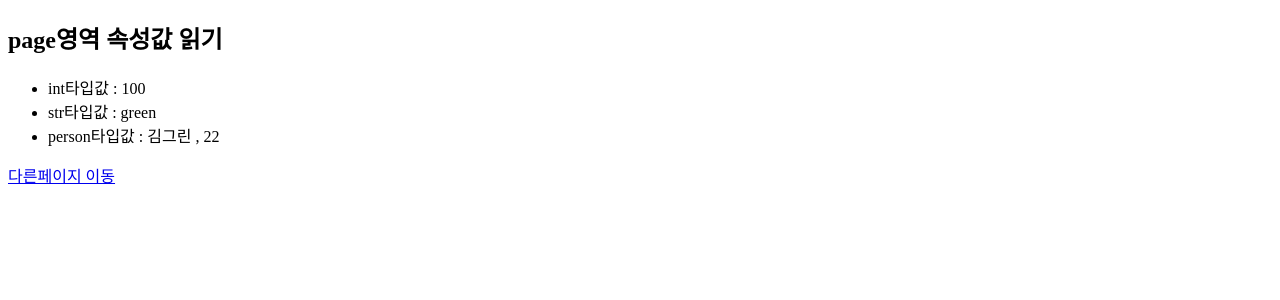
Repository: design-view/jspstudy
Page: http://localhost/GreenJsp/03Scope/pageScope.jsp
These files come from the project's save history. The page is drawn as it stood at one moment and after the next save; the edit follows.
The browser window is 1280 px wide. The pictures show the whole page.
The page is served by Tomcat 9.

Above is the page before, as saved 2024-01-10 07:40:47.

After the next save:
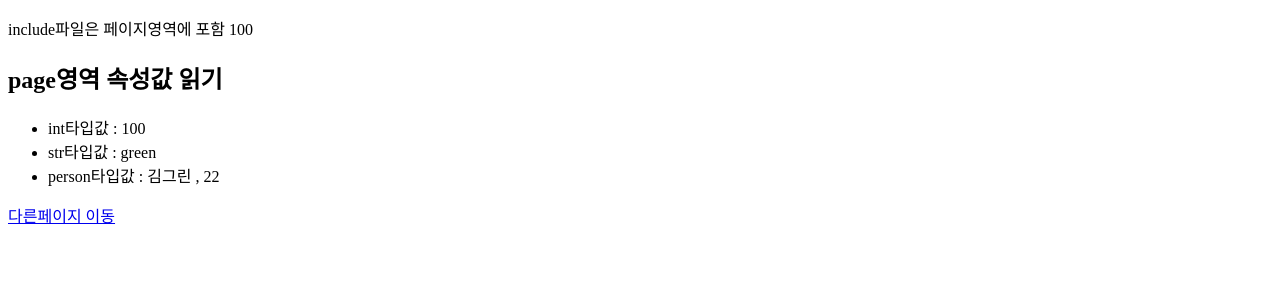
Saved 93 s later.
--- a/GreenJsp/src/main/webapp/03Scope/pageScope.jsp
+++ b/GreenJsp/src/main/webapp/03Scope/pageScope.jsp
@@ -6,6 +6,7 @@
 	pageContext.setAttribute("pageStr", "green");
 	pageContext.setAttribute("pagePerson", new Person("김그린",22));
 %>
+<%@ include file="pageinclude.jsp" %>
 <!DOCTYPE html>
 <html>
 <head>
